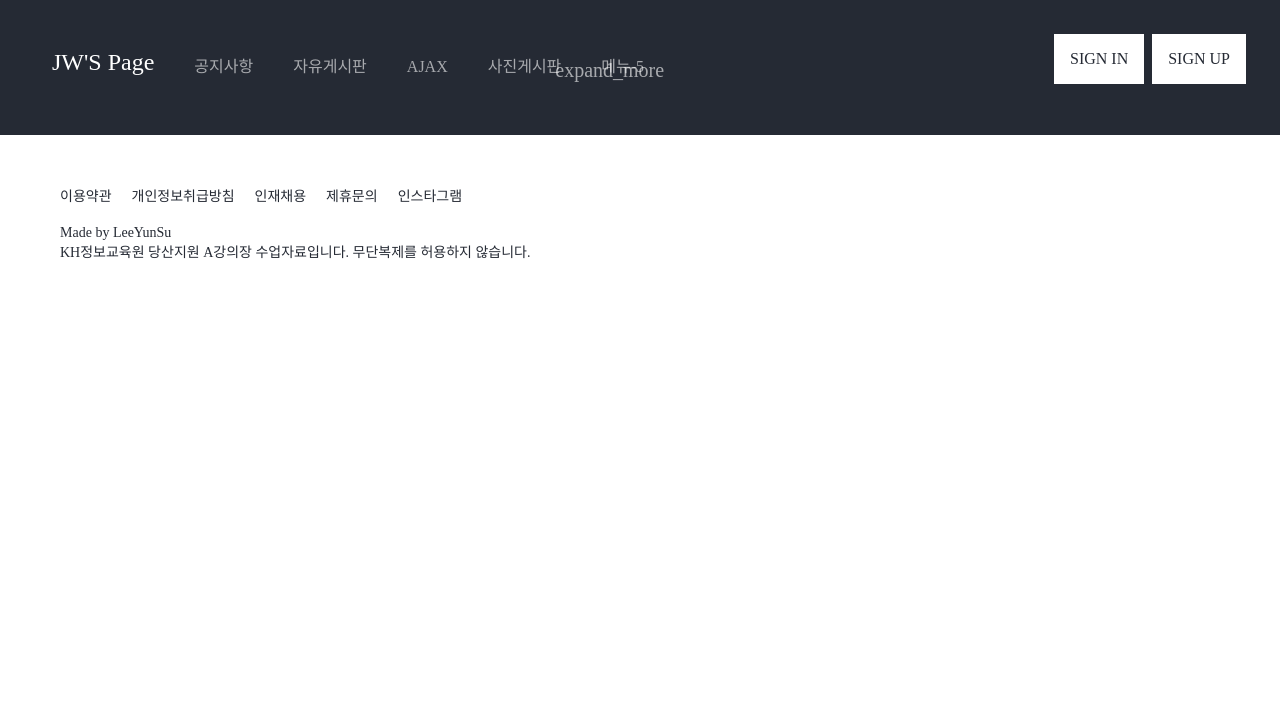
Repository: JWbase/Web_JAVA
Page: http://localhost/07_mvc2WebProject/photoList.do
These files come from the project's save history. The page is drawn as it stood at one moment and after the next save; the edit follows.
The browser window is 1280 px wide. The pictures show the whole page.
Some web fonts or font styles are not loaded; a fallback is used. The page is served by Tomcat 9. Queries for data that is not in the repository find no rows.

Above is the page before, as saved 2022-09-06 08:58:50.

After the next save:
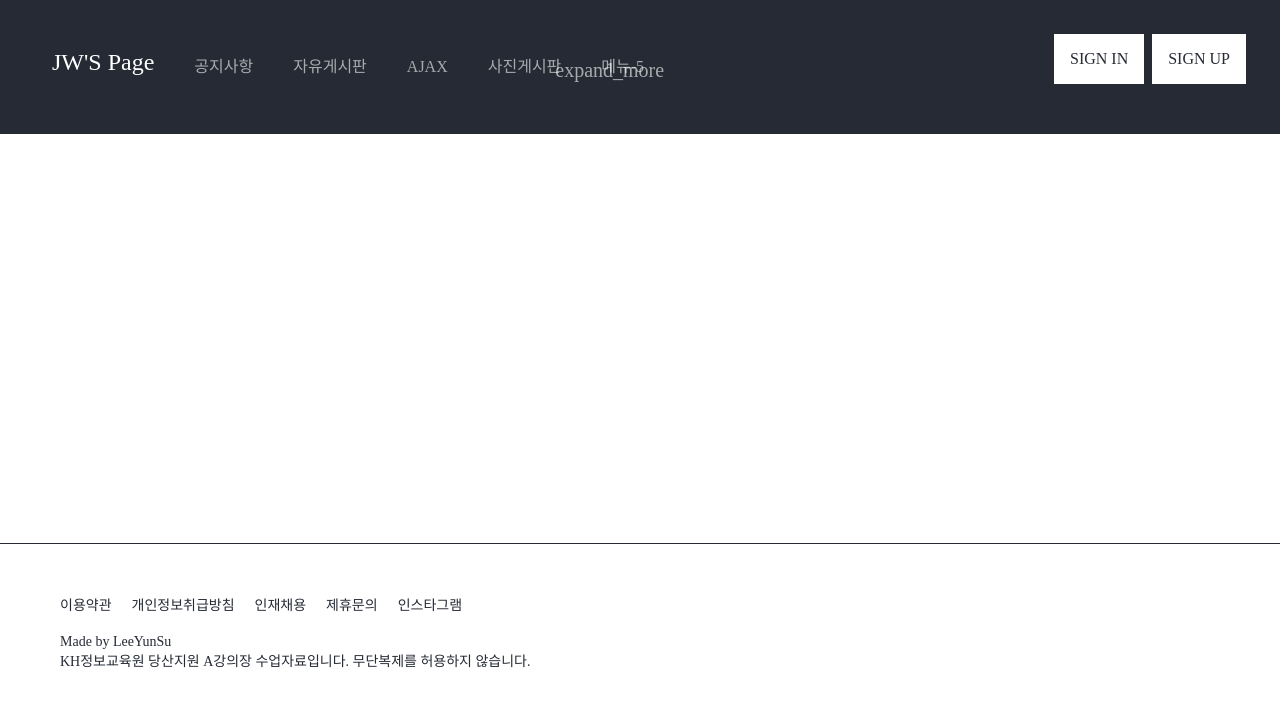
Saved 10 s later.
--- a/07_mvc2WebProject/src/main/webapp/WEB-INF/views/photo/photoList.jsp
+++ b/07_mvc2WebProject/src/main/webapp/WEB-INF/views/photo/photoList.jsp
@@ -8,6 +8,7 @@
 </head>
 <body>
 	<%@include file="/WEB-INF/views/common/header.jsp" %>
+	<div class="page-content"></div>
 	<%@include file="/WEB-INF/views/common/footer.jsp" %>
 </body>
 </html>
